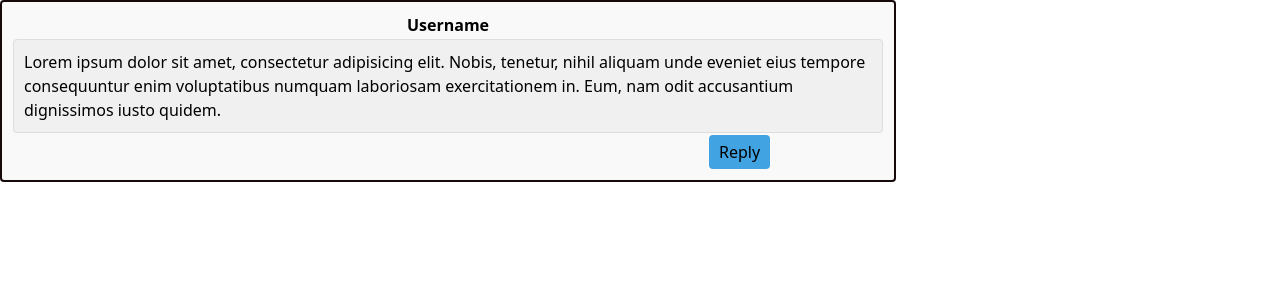
Repository: Yahya9102/Java22-ux22-Sideproject-main
Page: /
These files come from the project's save history. The page is drawn as it stood at one moment and after the next save; the edit follows.
The browser window is 1280 px wide. The pictures show the whole page.
The project was rebuilt for these pictures with package versions that can differ from the ones it lists, and the page was loaded fresh each time. The framework's server and built-in components were replaced by stand-ins that run in the browser. Also part of the build but not shown: next.config.js.

Above is the page before, as saved 2023-04-13 10:23:51.

### pages/index.tsx
import { NextPage } from "next"
import Body from "@/p-components/body"

interface Props {}

const Index: NextPage<Props> = ({}) => {
  return (
    <div>
      <Body />
    </div>
  )
}

export default Index

### styles/globals.css
@tailwind base;
@tailwind components;
@tailwind utilities;
/*
:root {
  --max-width: 1100px;
  --border-radius: 12px;
  --font-mono: ui-monospace, Menlo, Monaco, "Cascadia Mono", "Segoe UI Mono",
    "Roboto Mono", "Oxygen Mono", "Ubuntu Monospace", "Source Code Pro",
    "Fira Mono", "Droid Sans Mono", "Courier New", monospace;

  --foreground-rgb: 0, 0, 0;
  --background-start-rgb: 214, 219, 220;
  --background-end-rgb: 255, 255, 255;

  --primary-glow: conic-gradient(
    from 180deg at 50% 50%,
    #16abff33 0deg,
    #0885ff33 55deg,
    #54d6ff33 120deg,
    #0071ff33 160deg,
    transparent 360deg
  );
  --secondary-glow: radial-gradient(
    rgba(255, 255, 255, 1),
    rgba(255, 255, 255, 0)
  );

  --tile-start-rgb: 239, 245, 249;
  --tile-end-rgb: 228, 232, 233;
  --tile-border: conic-gradient(
    #00000080,
    #00000040,
    #00000030,
    #00000020,
    #00000010,
    #00000010,
    #00000080
  );

  --callout-rgb: 238, 240, 241;
  --callout-border-rgb: 172, 175, 176;
  --card-rgb: 180, 185, 188;
  --card-border-rgb: 131, 134, 135;
}

@media (prefers-color-scheme: dark) {
  :root {
    --foreground-rgb: 255, 255, 255;
    --background-start-rgb: 0, 0, 0;
    --background-end-rgb: 0, 0, 0;

    --primary-glow: radial-gradient(rgba(1, 65, 255, 0.4), rgba(1, 65, 255, 0));
    --secondary-glow: linear-gradient(
      to bottom right,
      rgba(1, 65, 255, 0),
      rgba(1, 65, 255, 0),
      rgba(1, 65, 255, 0.3)
    );

    --tile-start-rgb: 2, 13, 46;
    --tile-end-rgb: 2, 5, 19;
    --tile-border: conic-gradient(
      #ffffff80,
      #ffffff40,
      #ffffff30,
      #ffffff20,
      #ffffff10,
      #ffffff10,
      #ffffff80
    );

    --callout-rgb: 20, 20, 20;
    --callout-border-rgb: 108, 108, 108;
    --card-rgb: 100, 100, 100;
    --card-border-rgb: 200, 200, 200;
  }
}

* {
  box-sizing: border-box;
  padding: 0;
  margin: 0;
}

html,
body {
  max-width: 100vw;
  overflow-x: hidden;
}

body {
  color: rgb(var(--foreground-rgb));
  background: linear-gradient(
      to bottom,
      transparent,
      rgb(var(--background-end-rgb))
    )
    rgb(var(--background-start-rgb));
}

a {
  color: inherit;
  text-decoration: none;
}

@media (prefers-color-scheme: dark) {
  html {
    color-scheme: dark;
  }
}
*/

### p-components/body.tsx
import { NextPage } from "next"
import styles from "p-components/styles/body.module.css"

interface Props {}

const Body: NextPage<Props> = ({}) => {
  return (
    <fieldset className={styles.fieldset_body}>
      <table>
        <thead>
          <tr>
            <th className={styles.tableHeader_body}>Username</th>
          </tr>
        </thead>

        <tbody>
          <tr>
            <td>
              <fieldset className={styles.fieldset_row}>
                <p>
                  Lorem ipsum dolor sit amet, consectetur adipisicing elit.
                  Nobis, tenetur, nihil aliquam unde eveniet eius tempore
                  consequuntur enim voluptatibus numquam laboriosam
                  exercitationem in. Eum, nam odit accusantium dignissimos iusto
                  quidem.
                </p>
              </fieldset>
            </td>
          </tr>

          <tr>
            <td>
              <button className={styles.table_button}>Reply</button>
            </td>
          </tr>
        </tbody>
      </table>
    </fieldset>
  )
}

export default Body

### p-components/styles/body.module.css
/* Add a background color and border to the fieldset */
.fieldset_body {
  background-color: #f9f9f9;
  border: 2px solid rgb(23, 9, 9);
  border-radius: 4px;
  padding: 10px;
  width: 70%;
}

.table_button {
  background-color: #41a3e1;
  border-radius: 4px;
  padding: 5px 10px;
  margin-left: 80%;
}

.fieldset_row {
  background-color: #f0f0f0;
  border: 1px solid #ddd;
  border-radius: 4px;
  padding: 10px;
}

Loaded but not shown: pages/_app.tsx (common file); pages/_document.tsx (common file); tailwind.config.js (common file)

After the next save:
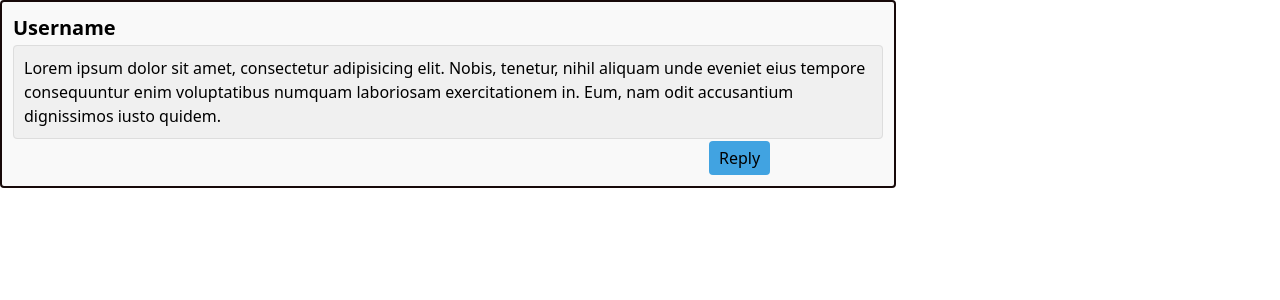
Saved 40 s later.
--- a/p-components/styles/body.module.css
+++ b/p-components/styles/body.module.css
@@ -20,3 +20,8 @@
   border-radius: 4px;
   padding: 10px;
 }
+
+.tableHeader_body {
+  font-size: 20px;
+  text-align: left;
+}
